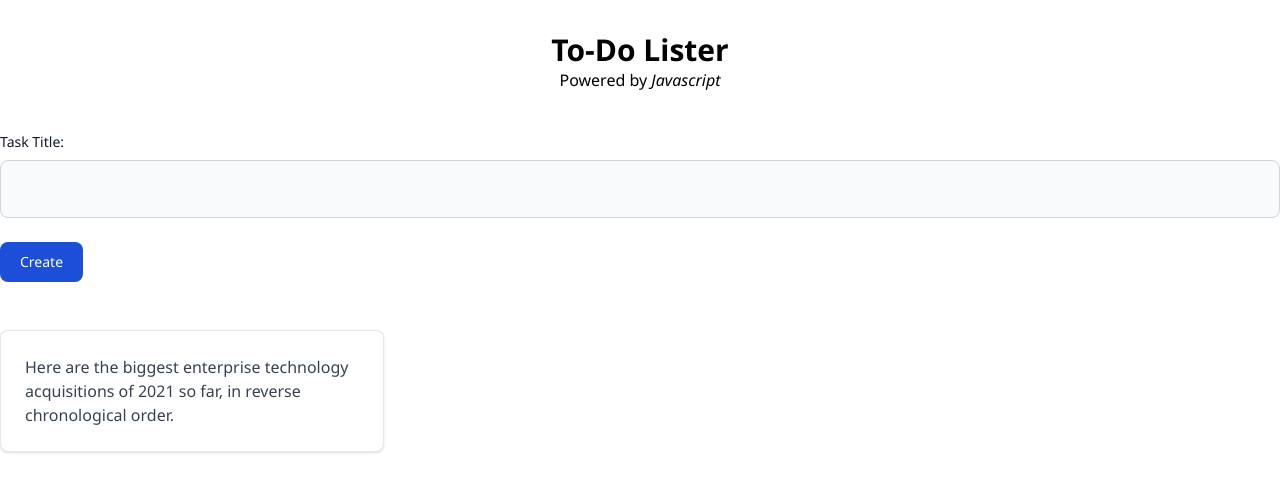
Repository: vxyux/to-do-lister
Page: index.html
An editor plug-in stored every save of this project. The page is shown before and after the next save, followed by the edit.
The browser window is 1280 px wide. The pictures show the whole page.
Some web libraries are served in a nearby version.

Above is the page before, as saved 2023-09-04 15:22:45.

After the next save:
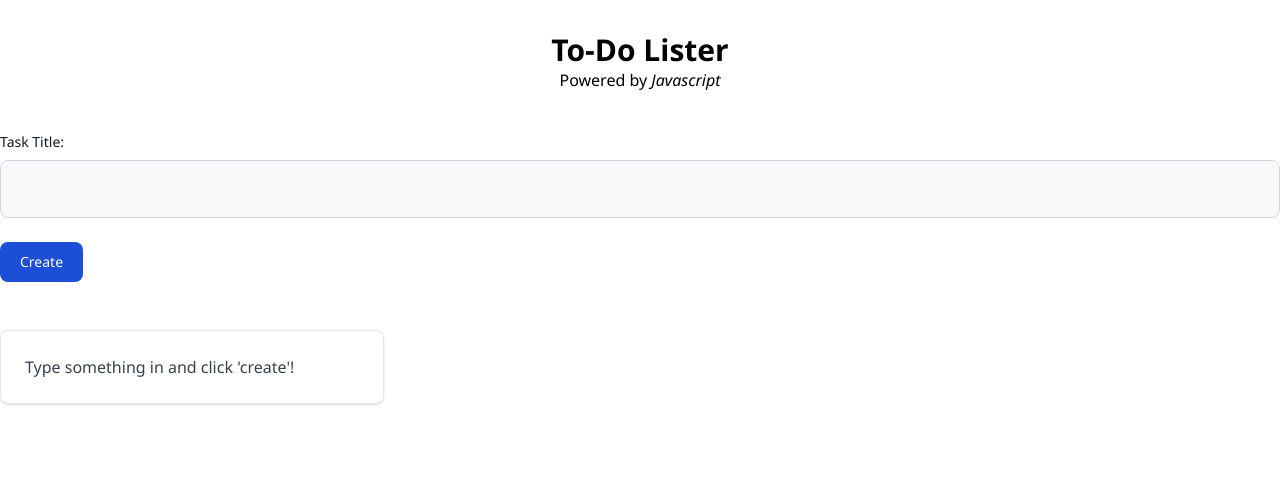
Saved 5 s later.
--- a/index.html
+++ b/index.html
@@ -36,7 +36,7 @@
     <ul class="mt-10" id="to-dos">
       <li class="task_item">
         <a href="#" class="block max-w-sm p-6 bg-white border border-gray-200 rounded-lg shadow hover:bg-gray-100 dark:bg-gray-800 dark:border-gray-700 dark:hover:bg-gray-700">
-            <p class="font-normal text-gray-700 dark:text-gray-400">Here are the biggest enterprise technology acquisitions of 2021 so far, in reverse chronological order.</p>
+            <p class="font-normal text-gray-700 dark:text-gray-400">Type something in and click 'create'!</p>
         </a>
       </li>
     </ul>
